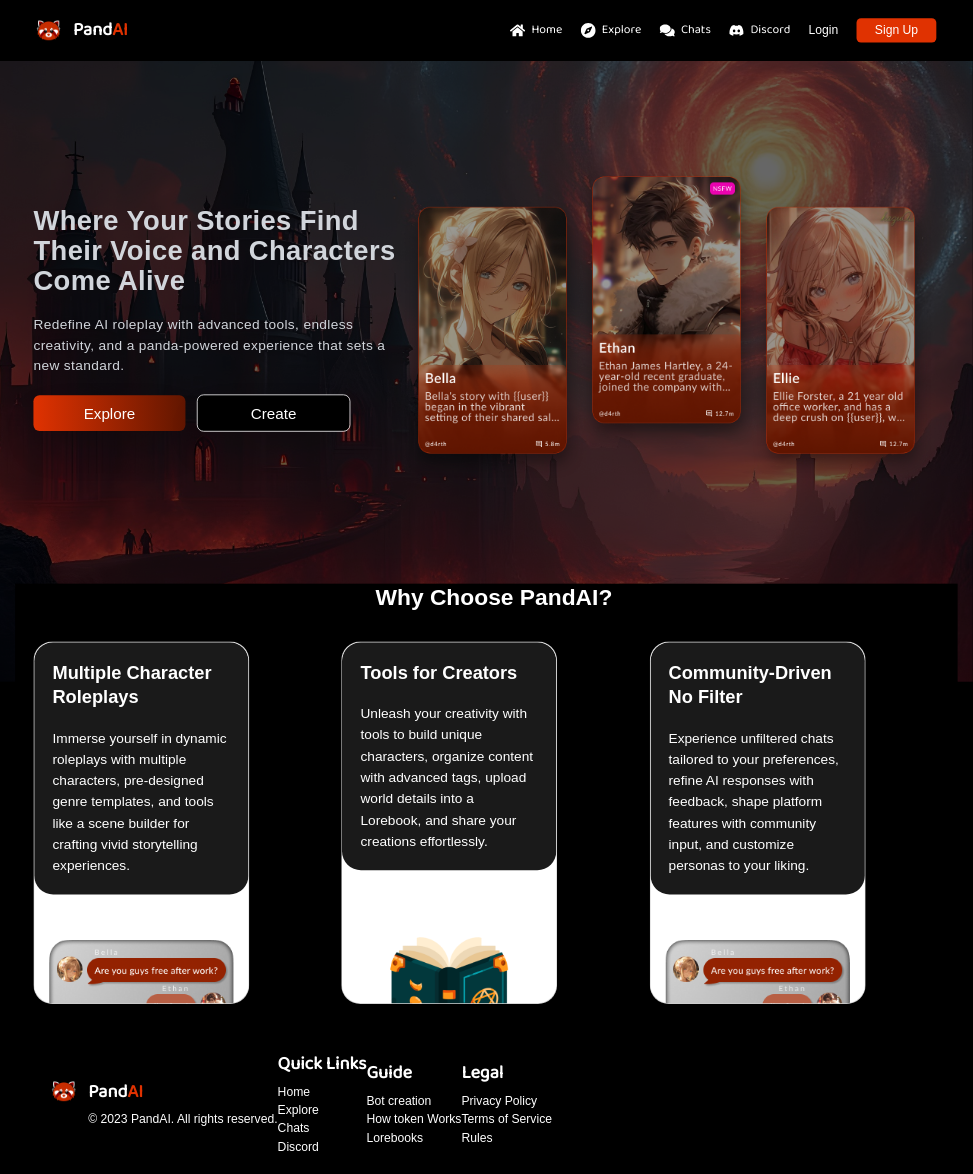
Repository: PandamoniumAI/Pandamonium
Page: /preview
These files come from the project's save history. The page is drawn as it stood at one moment and after the next save; the edit follows.
The browser window is 1280 px wide. The pictures show the whole page, at 76% of full size.
Some web libraries are served in a nearby version. The project was rebuilt for these pictures with package versions that can differ from the ones it lists, and the page was loaded fresh each time. Also part of the build but not shown: vite.config.js, src/Utils/Utils.js, src/Components/SearchBar/SearchBar.jsx, src/Components/CSS/CharacterCard.css, src/Components/CharacterCard/CharacterCard.jsx, src/Components/CSS/CharacterCardModal.css, src/Components/CharacterCardModal/CharacterCardModal.jsx, src/Components/CSS/Tags.css and 15 more.

Above is the page before, as saved 2025-01-01 21:29:00.

After the next save:
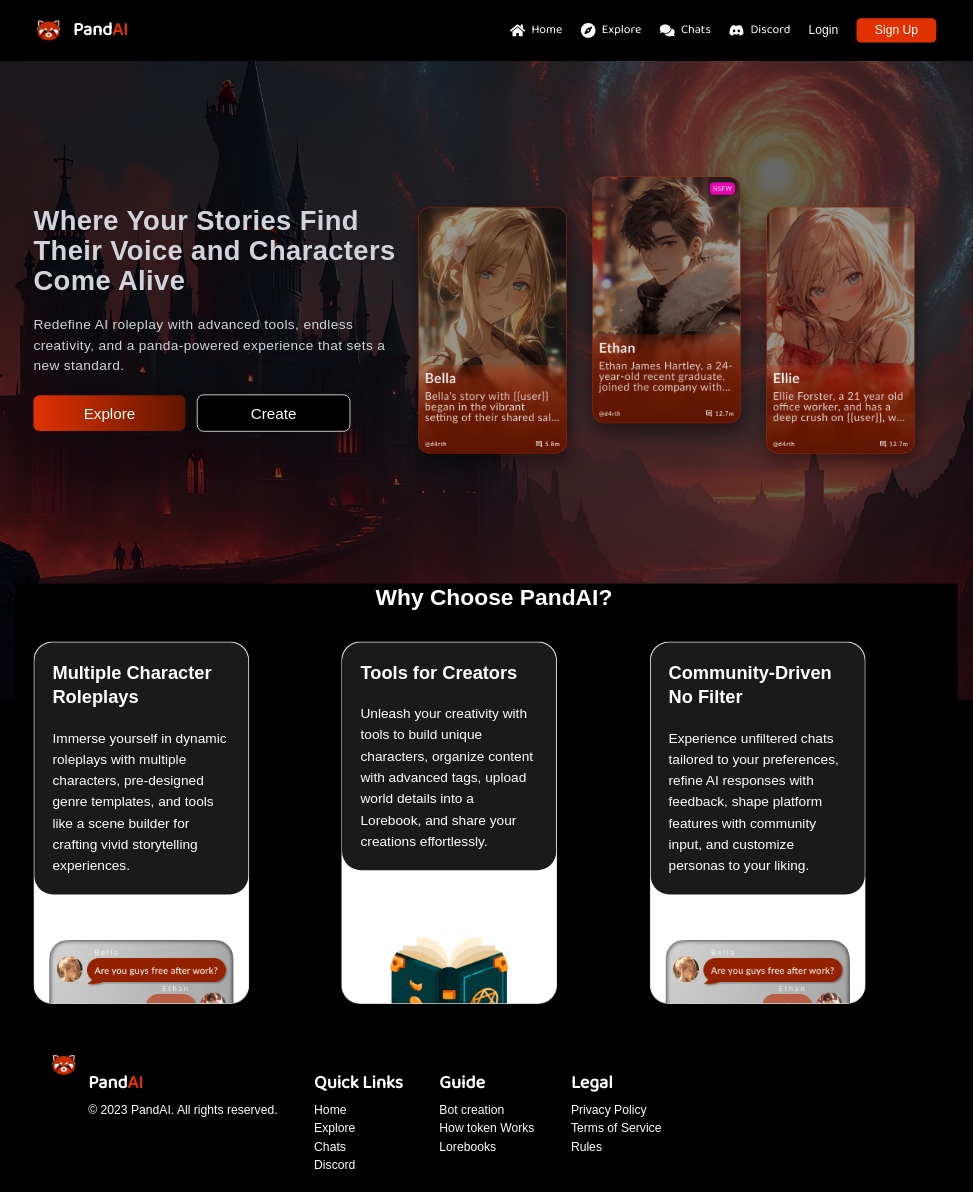
Saved 37 s later.
--- a/src/Preview/Preview.jsx
+++ b/src/Preview/Preview.jsx
@@ -159,71 +159,66 @@
             ))}
           </div>
 
-          <div className="Footer bg-black py-6 flex items-center pl-6 mt-10">
-            <img className="w-8 h-8 mr-4 mb-[35px]"  src={Animal} alt="Logo" />
-            <div className="flex flex-col">
-              <h1 className="text-2xl font-bold font-baloo text-white">
-                Pand<span className="text-[#E03201]">AI</span>
-              </h1>
-              <p className="text-white mt-2">
-                © 2023 PandAI. All rights reserved.
-              </p>
-
-            </div>
-            <div className="Quicklinks">
-              <h1 className="text-2xl font-bold font-baloo text-white">
-                Quick Links
-              </h1>
-              <ul className="list-none pl-0 mt-2">
-                <li className="text-white hover:text-[#E03201] transition">
-                  <a href="#">Home</a>
-                </li>
-                <li className="text-white hover:text-[#E03201] transition">
-                  <a href="#">Explore</a>
-                </li>
-                <li className="text-white hover:text-[#E03201] transition">
-                  <a href="#">Chats</a>
-                </li>
-                <li className="text-white hover:text-[#E03201] transition">
-                  <a href="#">Discord</a>
-                </li>
-              </ul>
-            </div>
-
-            <div className="guide">
-              <h1 className="text-2xl font-bold font-baloo text-white">
-                Guide
-              </h1>
-              <ul className="list-none pl-0 mt-2">
-                <li className="text-white hover:text-[#E03201] transition">
-                  <a href="#">Bot creation</a>
-                </li>
-                <li className="text-white hover:text-[#E03201] transition">
-                  <a href="#">How token Works</a>
-                </li>
-                <li className="text-white hover:text-[#E03201] transition">
-                  <a href="#">Lorebooks</a>
-                </li>
-              </ul>
-            </div>
-
-            <div className="legal">
-              <h1 className="text-2xl font-bold font-baloo text-white">
-                Legal
-              </h1>
-              <ul className="list-none pl-0 mt-2">
-                <li className="text-white hover:text-[#E03201] transition">
-                  <a href="#">Privacy Policy</a>
-                </li>
-                <li className="text-white hover:text-[#E03201] transition">
-                  <a href="#">Terms of Service</a>
-                </li>
-                <li className="text-white hover:text-[#E03201] transition">
-                  <a href="#">Rules</a>
-                </li>
-              </ul>
-            </div>
-          </div>
+          <div className="Footer bg-black py-6 flex items-start pl-6 mt-10">
+  <img className="w-8 h-8 mr-4 mb-[35px]" src={Animal} alt="Logo" />
+  <div className="flex flex-col mr-12 mt-6">
+    <h1 className="text-2xl font-bold font-baloo text-white">
+      Pand<span className="text-[#E03201]">AI</span>
+    </h1>
+    <p className="text-white mt-2">
+      © 2023 PandAI. All rights reserved.
+    </p>
+  </div>
+
+  <div className="Quicklinks mr-12 mt-6">
+    <h1 className="text-2xl font-bold font-baloo text-white">Quick Links</h1>
+    <ul className="list-none pl-0 mt-2">
+      <li className="text-white hover:text-[#E03201] transition">
+        <a href="#">Home</a>
+      </li>
+      <li className="text-white hover:text-[#E03201] transition">
+        <a href="#">Explore</a>
+      </li>
+      <li className="text-white hover:text-[#E03201] transition">
+        <a href="#">Chats</a>
+      </li>
+      <li className="text-white hover:text-[#E03201] transition">
+        <a href="#">Discord</a>
+      </li>
+    </ul>
+  </div>
+
+  <div className="guide mr-12 mt-6">
+    <h1 className="text-2xl font-bold font-baloo text-white">Guide</h1>
+    <ul className="list-none pl-0 mt-2">
+      <li className="text-white hover:text-[#E03201] transition">
+        <a href="#">Bot creation</a>
+      </li>
+      <li className="text-white hover:text-[#E03201] transition">
+        <a href="#">How token Works</a>
+      </li>
+      <li className="text-white hover:text-[#E03201] transition">
+        <a href="#">Lorebooks</a>
+      </li>
+    </ul>
+  </div>
+
+  <div className="legal mr-12 mt-6">
+    <h1 className="text-2xl font-bold font-baloo text-white">Legal</h1>
+    <ul className="list-none pl-0 mt-2">
+      <li className="text-white hover:text-[#E03201] transition">
+        <a href="#">Privacy Policy</a>
+      </li>
+      <li className="text-white hover:text-[#E03201] transition">
+        <a href="#">Terms of Service</a>
+      </li>
+      <li className="text-white hover:text-[#E03201] transition">
+        <a href="#">Rules</a>
+      </li>
+    </ul>
+  </div>
+</div>
+
 
         </div>
       </div>
